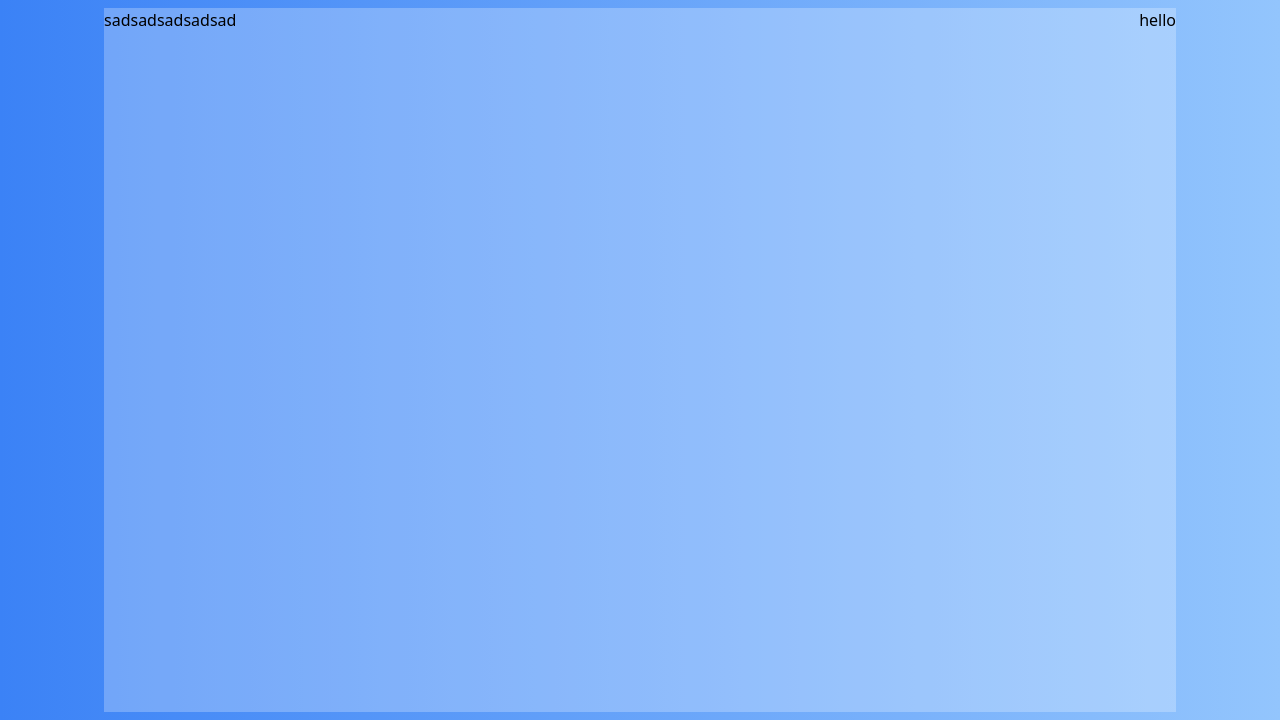
Repository: DevAntonioRogers/react-weatherapp-v2
Page: /
These files come from the project's save history. The page is drawn as it stood at one moment and after the next save; the edit follows.
The browser window is 1280 px wide. The pictures show the whole page.
The project was rebuilt for these pictures with package versions that can differ from the ones it lists, and the page was loaded fresh each time. The framework's server and built-in components were replaced by stand-ins that run in the browser. Also part of the build but not shown: next.config.js.

Above is the page before, as saved 2023-05-17 23:05:52.

After the next save:
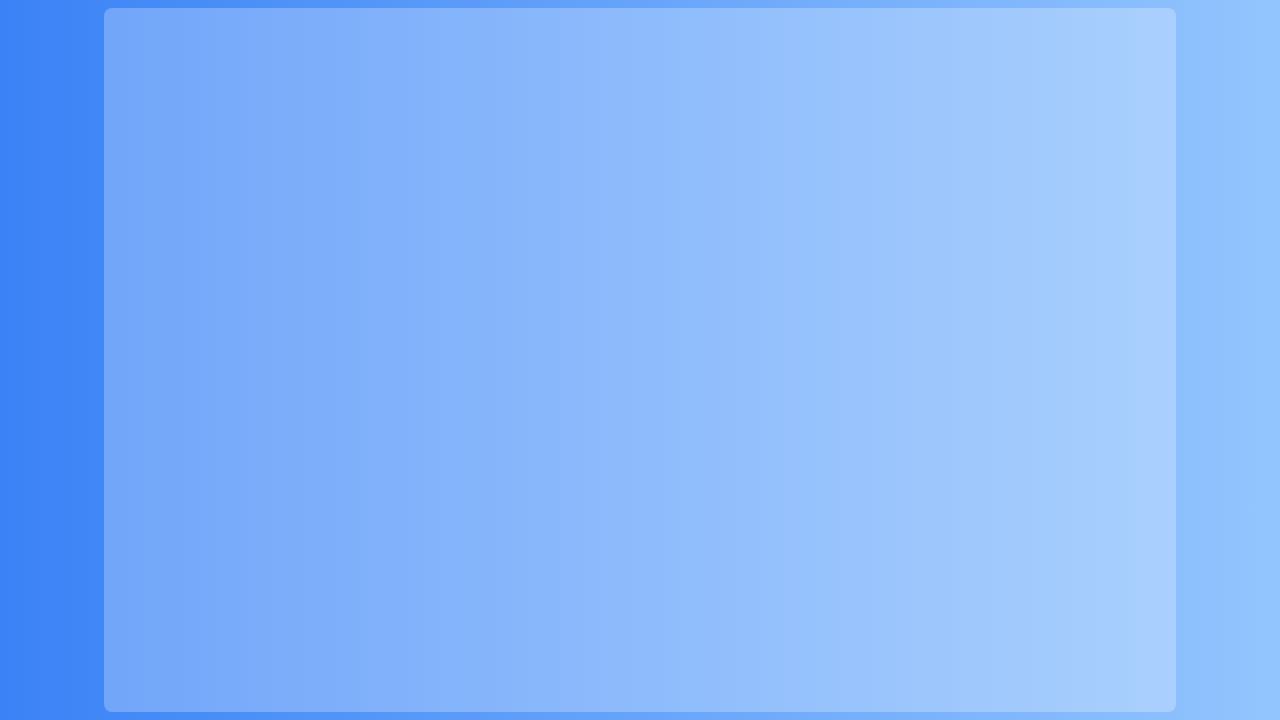
Saved 53 s later.
--- a/app/page.tsx
+++ b/app/page.tsx
@@ -1,10 +1,7 @@
 export default function Home() {
   return (
     <div className="flex justify-center p-2 bg-cover h-screen bg-gradient-to-r from-blue-500 to-blue-300">
-      <div className="bg-white/25 mx-24 flex justify-between w-full">
-        <h1>sadsadsadsadsad</h1>
-        <h2>hello</h2>
-      </div>
+      <div className="bg-white/25 mx-24 flex justify-between w-full rounded-lg"></div>
     </div>
   );
 }
